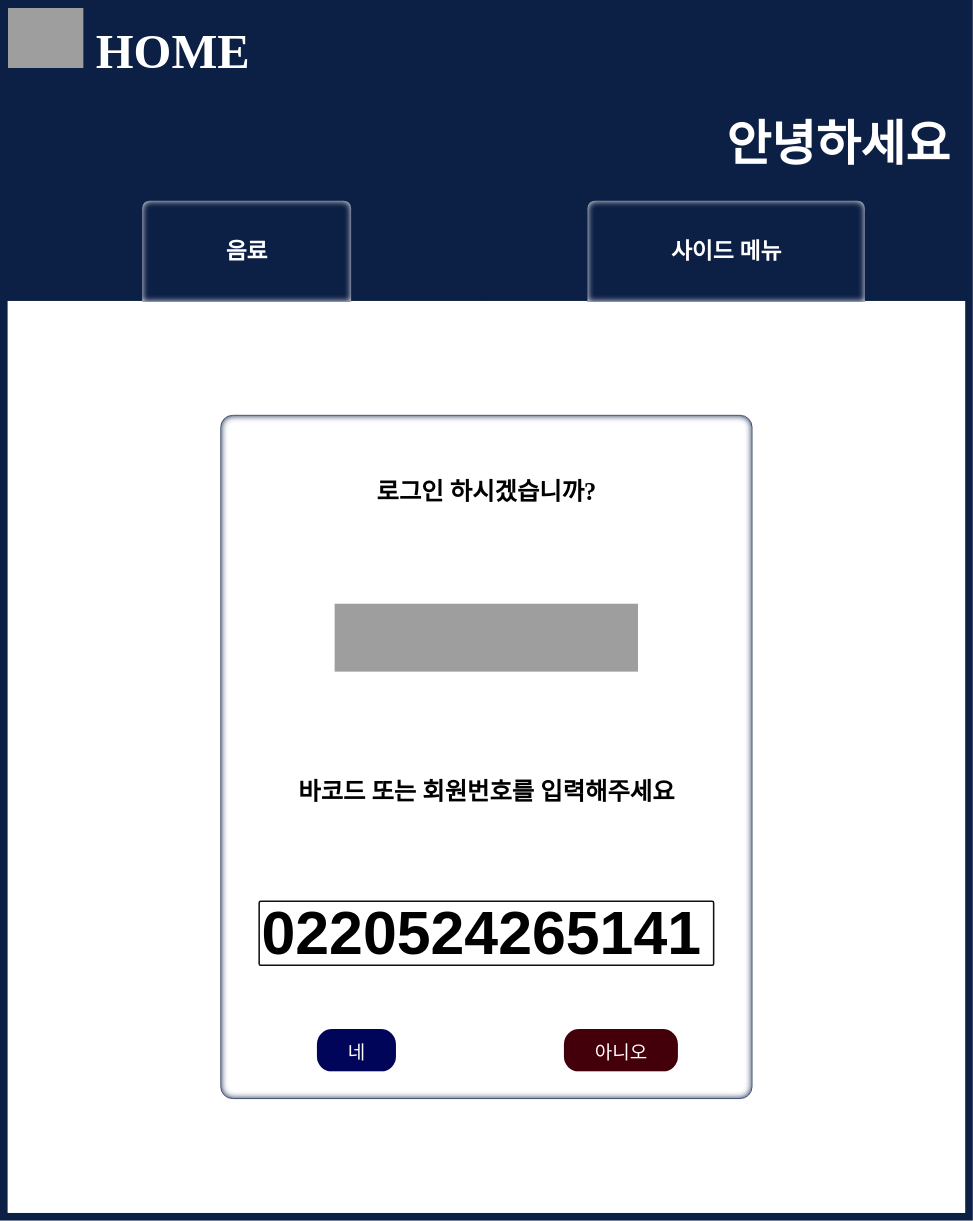
Repository: DevJoeYC/Metabukcs
Page: http://localhost/metabucks/KIOSK/login.jsp
The author's editor kept a copy of each file at every save. The page is drawn from the files as they stood at one save, then again after the next save.
The browser window is 1280 px wide. The pictures show the whole page, at 76% of full size.
Pictures or frames that could not be fetched are drawn as grey boxes. The page is served by Tomcat 9.

Above is the page before, as saved 2022-05-27 06:30:43.

After the next save:
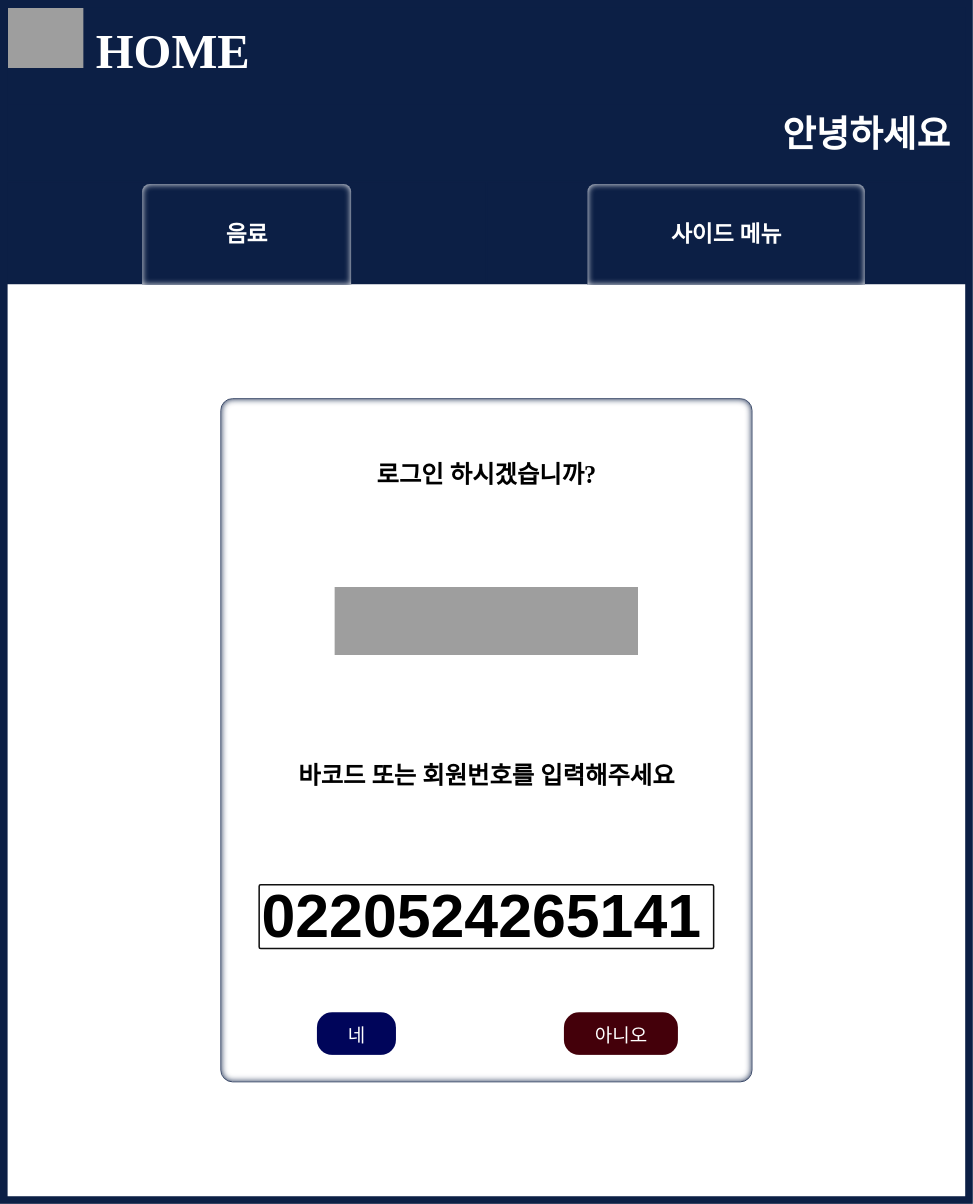
Saved 13 s later.
--- a/metabucks/WebContent/KIOSK/includes/head.jsp
+++ b/metabucks/WebContent/KIOSK/includes/head.jsp
@@ -31,7 +31,7 @@
 				</td>
 			</tr>
 			<tr>
-				<td id="bar" colspan="2" style="text-align:right; width:100px; height:30px; font-size: 4rem; padding:0px 20px 30px 0px">
+				<td id="bar" colspan="2" style="text-align:right; width:100px; height:30px; font-size: 3rem; padding:0px 20px 30px 0px">
 					<%
 						if(id == null || id.equals(""))
 						{
